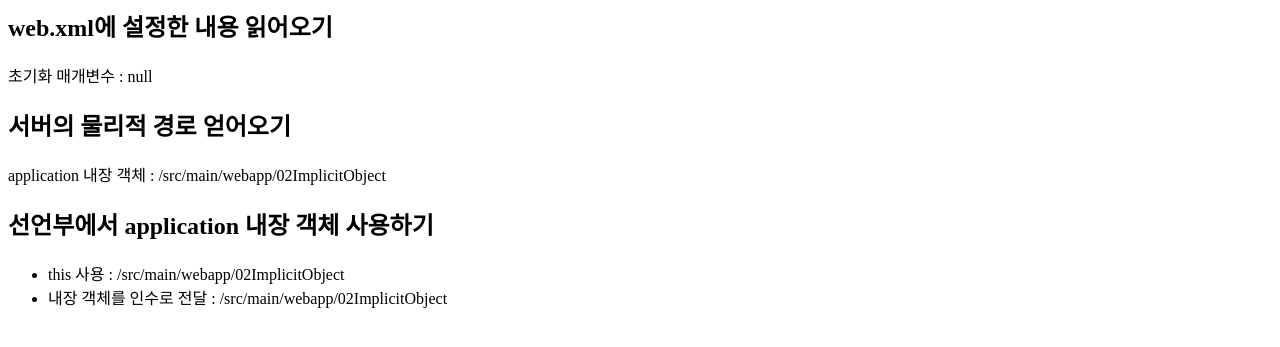
Repository: kimeuiyeob/KOPO_JSP_Study_2
Page: http://localhost/JspStudy/02ImplictObject/ApplicationMain.jsp
An editor plug-in stored every save of this project. The page is shown before and after the next save, followed by the edit.
The browser window is 1280 px wide. The pictures show the whole page.
The page is served by Tomcat 9. Other server files are loaded and not shown.

Above is the page before, as saved 2023-06-16 01:50:25.

### JspStudy/src/main/webapp/02ImplictObject/ApplicationMain.jsp
<%@ page language="java" contentType="text/html; charset=UTF-8"
    pageEncoding="UTF-8"%>
<html>
<head>
<title>내장 객체 - application</title>
</head>
<body>

    <h2>web.xml에 설정한 내용 읽어오기</h2>
    초기화 매개변수 : <%= application.getInitParameter("INIT_PARAM") %>

    <h2>서버의 물리적 경로 얻어오기</h2>
    application 내장 객체 : <%= application.getRealPath("/02ImplicitObject") %>

    <h2>선언부에서 application 내장 객체 사용하기</h2>
    <%!
    public String useImplicitObject() {
        return this.getServletContext().getRealPath("/02ImplicitObject");
    }
    public String useImplicitObject(ServletContext app) {
        return app.getRealPath("/02ImplicitObject");
    }
    %>
    <ul>
        <li>this 사용 : <%= useImplicitObject() %></li>
        <li>내장 객체를 인수로 전달 : <%= useImplicitObject(application) %></li>
    </ul>

</body>
</html>

After the next save:
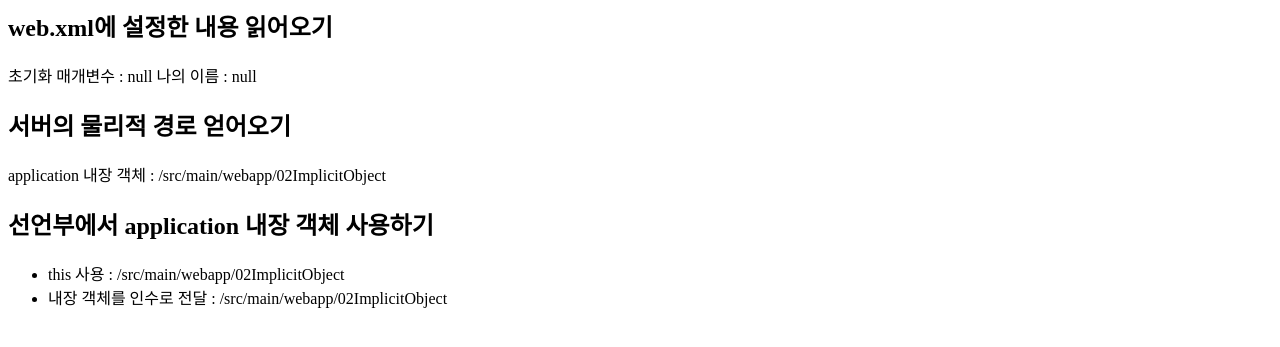
Saved 97 s later.
--- a/JspStudy/src/main/webapp/02ImplictObject/ApplicationMain.jsp
+++ b/JspStudy/src/main/webapp/02ImplictObject/ApplicationMain.jsp
@@ -8,6 +8,7 @@
 
     <h2>web.xml에 설정한 내용 읽어오기</h2>
     초기화 매개변수 : <%= application.getInitParameter("INIT_PARAM") %>
+    나의 이름 : <%= application.getInitParameter("My_Name") %>
 
     <h2>서버의 물리적 경로 얻어오기</h2>
     application 내장 객체 : <%= application.getRealPath("/02ImplicitObject") %>
